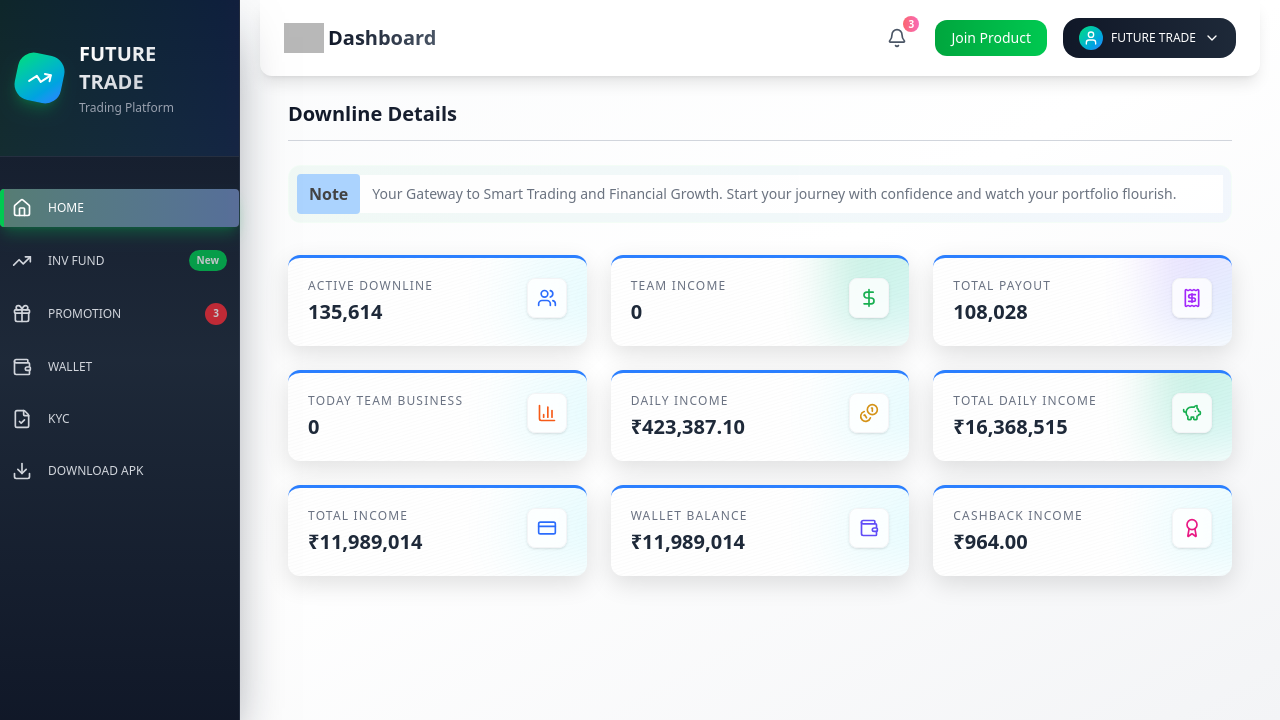
Repository: GauraVPandeyyy/Trade
Page: /promotion
These files come from the project's save history. The page is drawn as it stood at one moment and after the next save; the edit follows.
The browser window is 1280 px wide. The pictures show the whole page.
Pictures or frames that could not be fetched are drawn as grey boxes. The project was rebuilt for these pictures with package versions that can differ from the ones it lists, and the page was loaded fresh each time. Some packages were replaced by stand-ins written for this rebuild. Also part of the build but not shown: vite.config.js, src/pages/Home.jsx, src/pages/InvFund.jsx, src/pages/Promotion.jsx, src/pages/Wallet.jsx, src/pages/Kyc.jsx, src/pages/DownloadApk.jsx.

Above is the page before, as saved 2025-08-02 13:33:24.

After the next save:
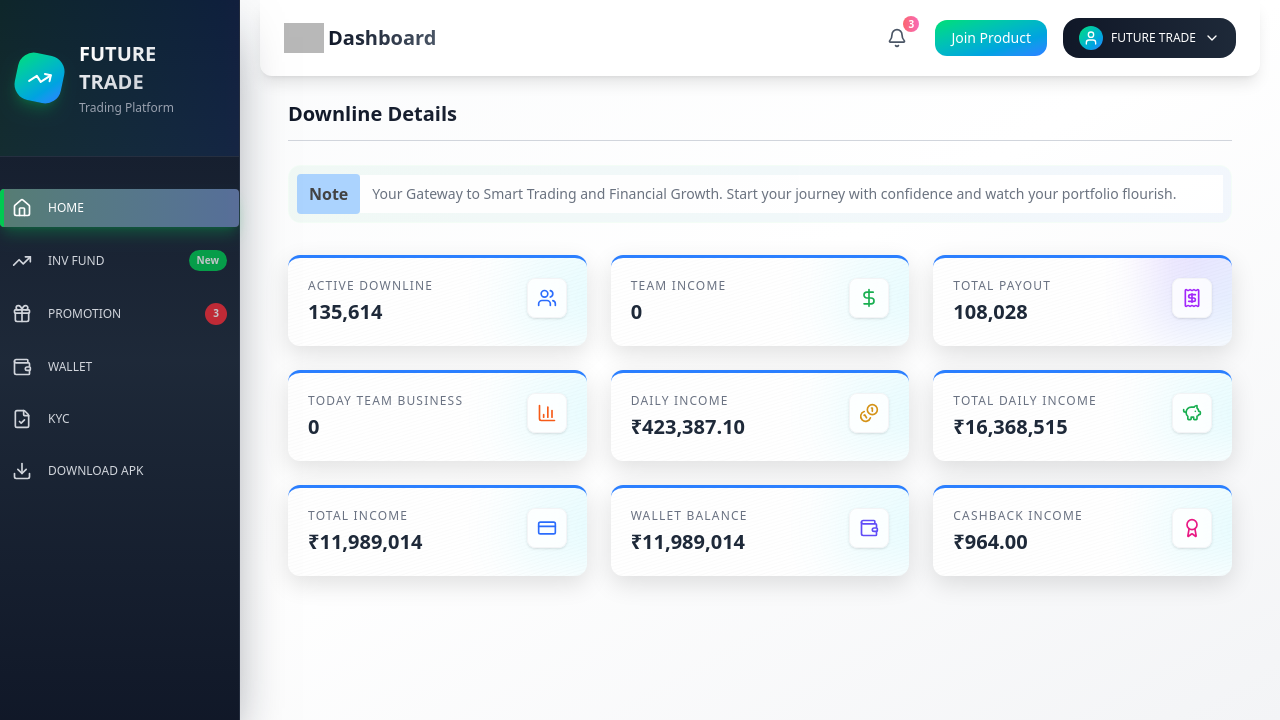
Saved 83 s later.
--- a/src/components/Header.jsx
+++ b/src/components/Header.jsx
@@ -68,7 +68,7 @@
                     </div>
 
                     {/* Join Product Button */}
-                    <button className="relative bg-gradient-to-r from-green-600 to-green-500 text-sm text-white px-4 py-2 rounded-xl font-medium hover:from-green-700 hover:to-green-600 transition-all duration-300 hover:scale-105 hover:shadow-lg hover:shadow-green-500/25 group overflow-hidden">
+                    <button className="relative bg-gradient-to-br from-green-400 to-blue-500 text-sm text-white px-4 py-2 rounded-xl font-medium hover:from-green-700 hover:to-green-600 transition-all duration-300 hover:scale-105 hover:shadow-lg hover:shadow-green-500/25 group overflow-hidden">
                         <span className="relative z-10">Join Product</span>
                         <div className="absolute inset-0 bg-gradient-to-r from-white/20 to-transparent transform -skew-x-12 -translate-x-full group-hover:translate-x-full transition-transform duration-1000"></div>
                     </button>
